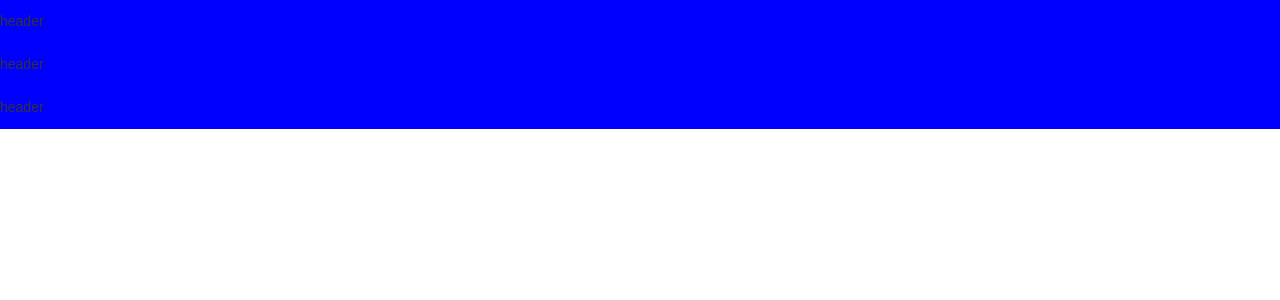
Repository: ruanjiangongcheng250/travel
Page: /
An editor plug-in stored every save of this project. The page is shown before and after the next save, followed by the edit.
The browser window is 1280 px wide. The pictures show the whole page.
The project was rebuilt for these pictures with package versions that can differ from the ones it lists, and the page was loaded fresh each time. Also part of the build but not shown: src/assets/styles/border.css.

Above is the page before, as saved 2019-06-12 09:43:56.

### index.html
<!DOCTYPE html>
<html>
  <head>
    <meta charset="utf-8">
    <meta name="viewport" content="width=device-width,initial-scale=1.0,minimum-scale=1.0,maximum-sacle=1.0,user-scalable=no">
    <title>travel</title>
  </head>
  <body>
    <div id="app"></div>
    <!-- built files will be auto injected -->
  </body>
</html>

### src/main.js
// The Vue build version to load with the `import` command
// (runtime-only or standalone) has been set in webpack.base.conf with an alias.
import Vue from 'vue'
import App from './App'
import router from './router'
import './assets/styles/reset.css'
import './assets/styles/border.css'
Vue.config.productionTip = false

/* eslint-disable no-new */
new Vue({
  el: '#app',
  router,
  components: { App },
  template: '<App/>'
})

### src/pages/home/Home.vue
<template>
   <home-header></home-header>
</template>

<script>
import HomeHeader from './components/HomeHeader'
export default {
  name: 'Home',
  components: {
    HomeHeader
  }
}
</script>

<style>

</style>

### src/pages/home/components/HomeHeader.vue
<template>
  <div class="header">
    <div class="header-left">header</div>
    <div class="header-input">header</div>
    <div class="header-right">header</div>
  </div>
</template>

<script>
export default {
  name: 'HomeHeader'
}
</script>

<style lang='stylus' scoped>
  .header
    line-height: 0.86rem;
    background: blue;
</style>

Loaded but not shown: src/App.vue (common file); src/router/index.js (common file); src/assets/styles/reset.css (common file)

After the next save:
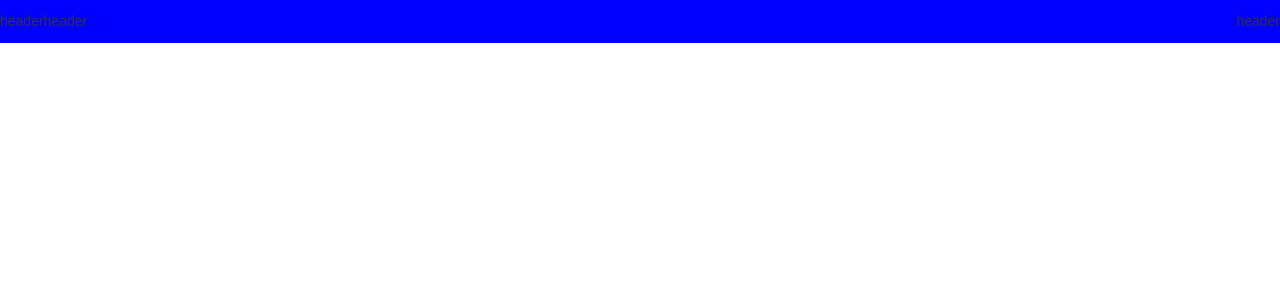
Saved 2 min 11 s later.
--- a/src/pages/home/components/HomeHeader.vue
+++ b/src/pages/home/components/HomeHeader.vue
@@ -14,6 +14,13 @@ export default {
 
 <style lang='stylus' scoped>
   .header
+    display: flex;
     line-height: 0.86rem;
     background: blue;
+    .header-left
+      float: left;
+    .header-input
+      flex: 1
+    .header-right
+      float: right;
 </style>
